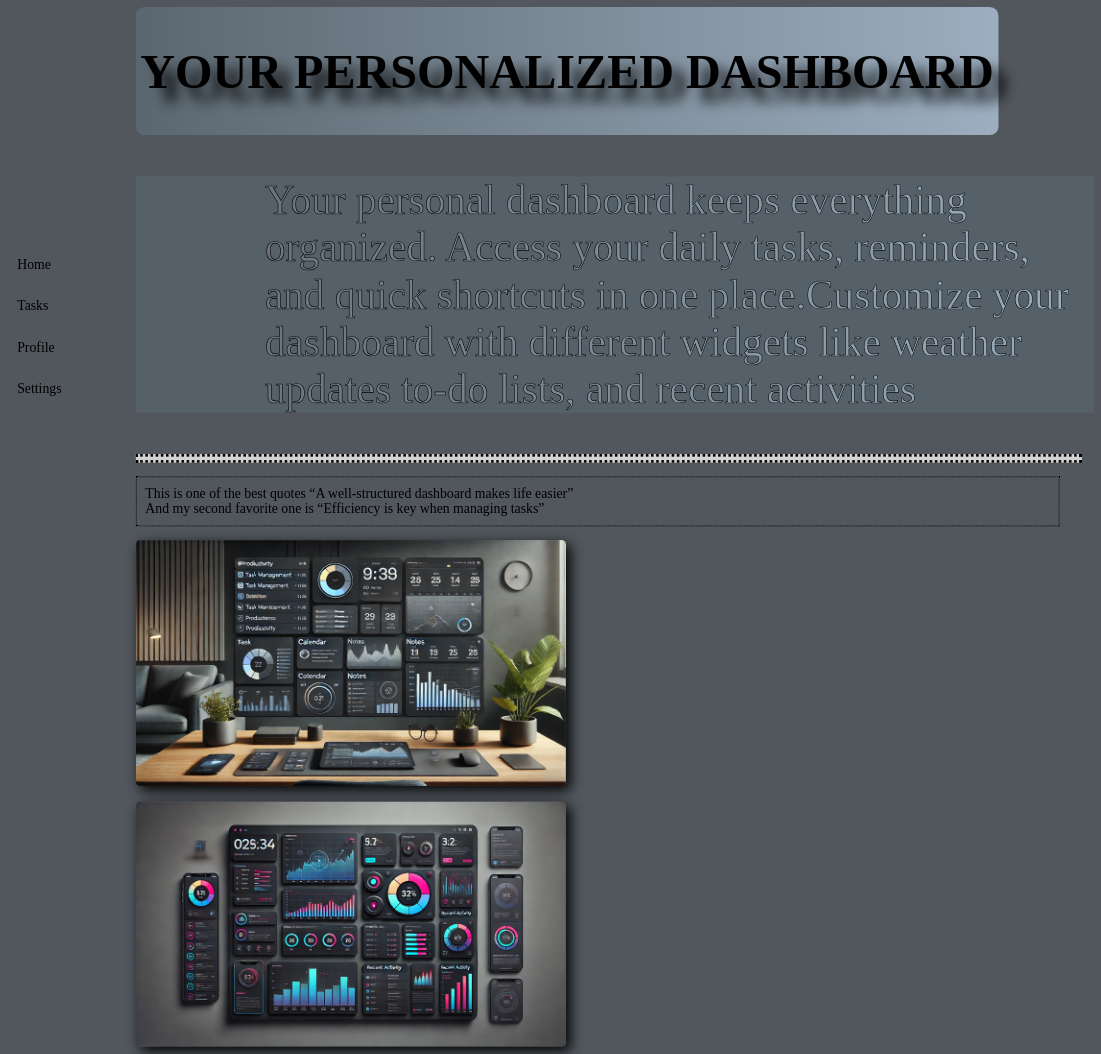
Repository: Parnicoza/testecomplete
Page: testcomplet-14.html
The author's editor kept a copy of each file at every save. The page is drawn from the files as they stood at one save, then again after the next save.
The browser window is 1280 px wide. The pictures show the whole page, at 86% of full size.

Above is the page before, as saved 2025-02-26 15:38:41.

After the next save:
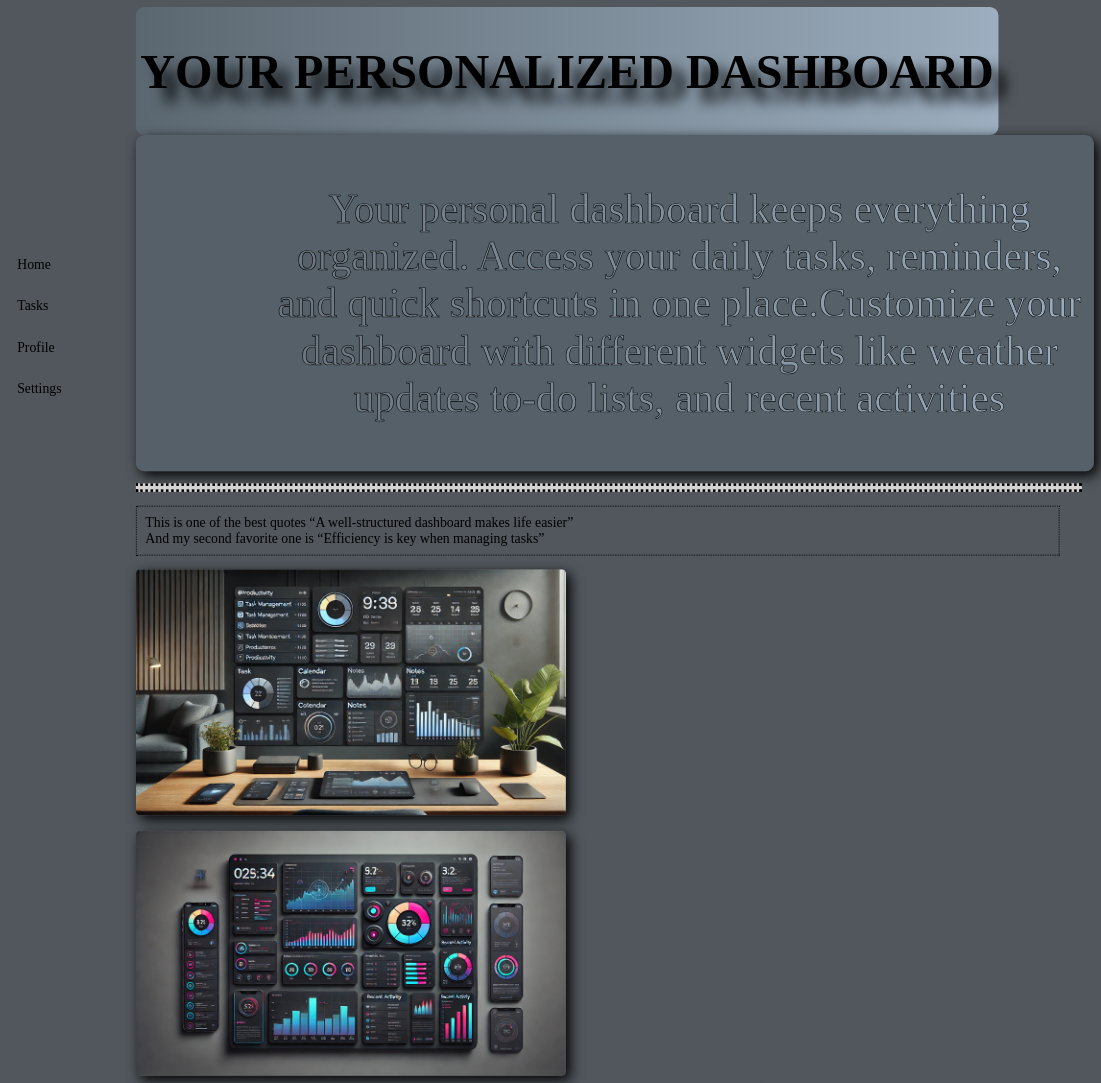
Saved 61 s later.
--- a/stilizaretestcomplet-14.css
+++ b/stilizaretestcomplet-14.css
@@ -22,6 +22,10 @@ body{
 .thesamebackground{
     background-color: rgba(91, 103, 112, 0.6) ;
     margin-left: 150px;
+    text-align: center;
+    padding: 10px;
+    border-radius: 10px;
+    box-shadow: 5px 5px 15px black;
 }
 
 .paragraph-gradient{
@@ -33,13 +37,6 @@ body{
     -webkit-text-stroke: 0.7px black;
 }
 
-.semi-transparent-background{
-    background-color: rgba(91, 103, 112, 0.6);
-    border-radius: 10px;
-    padding: 10px;
-    color: black;
-    margin-left: 150px;
-}
 .quote{
     border: 1px dotted black;
     padding: 10px;
